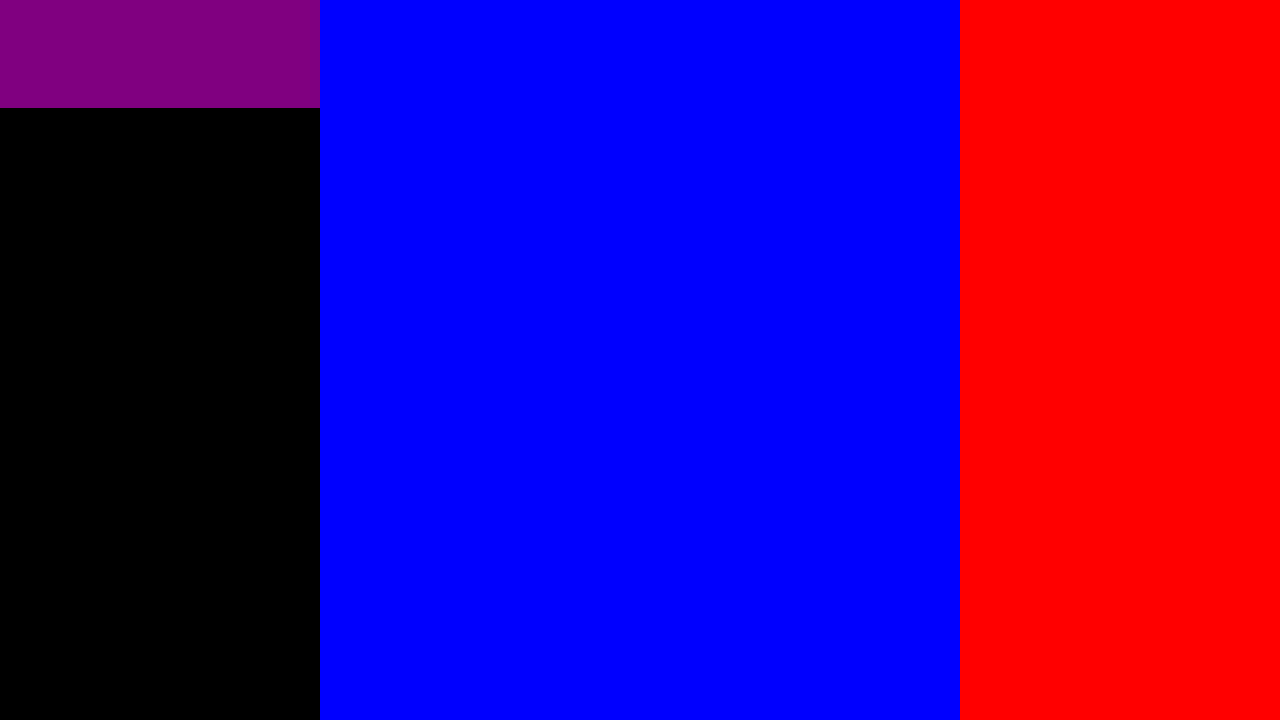
Repository: napan24/classforma_assignment
Page: / (app in client/)
The author's editor kept a copy of each file at every save. The page is drawn from the files as they stood at one save, then again after a run of saves.
The browser window is 1280 px wide. The pictures show the whole page.
The project was rebuilt for these pictures with package versions that can differ from the ones it lists, and the page was loaded fresh each time. Also part of the build but not shown: client/src/App.css.

Above is the page before, as saved 2022-07-19 16:24:17.

### client/src/App.js
import logo from './logo.svg';
import './App.css';
import Home from './Home';

function App() {
  return (
    <>
      <Home></Home>
    </>
  );
}

export default App;

### client/src/Home.js
import React from 'react'

const Home = () => {
  return (
    <>
        <div style={{display:'flex',width:"100vw",height:"100vh",backgroundColor:'red'}}>
            <div style={{width:"25vw",height:"100vh",backgroundColor:"black"}}>
                <div style={{width:"25vw",height:"15vh",backgroundColor:"purple"}}>

                </div>
                <div>

                </div>
            </div>
            <div style={{width:"50vw",height:"100vh",backgroundColor:"blue"}}>

            </div>
            <div style={{width:"25vw",height:"100vh",backgroundColor:"red"}}>

            </div>
        </div>
    </>
  )
}

export default Home

Loaded but not shown: client/public/index.html (common file); client/src/index.js (common file); client/src/index.css (common file); client/src/reportWebVitals.js (common file)

After the next 2 saves:
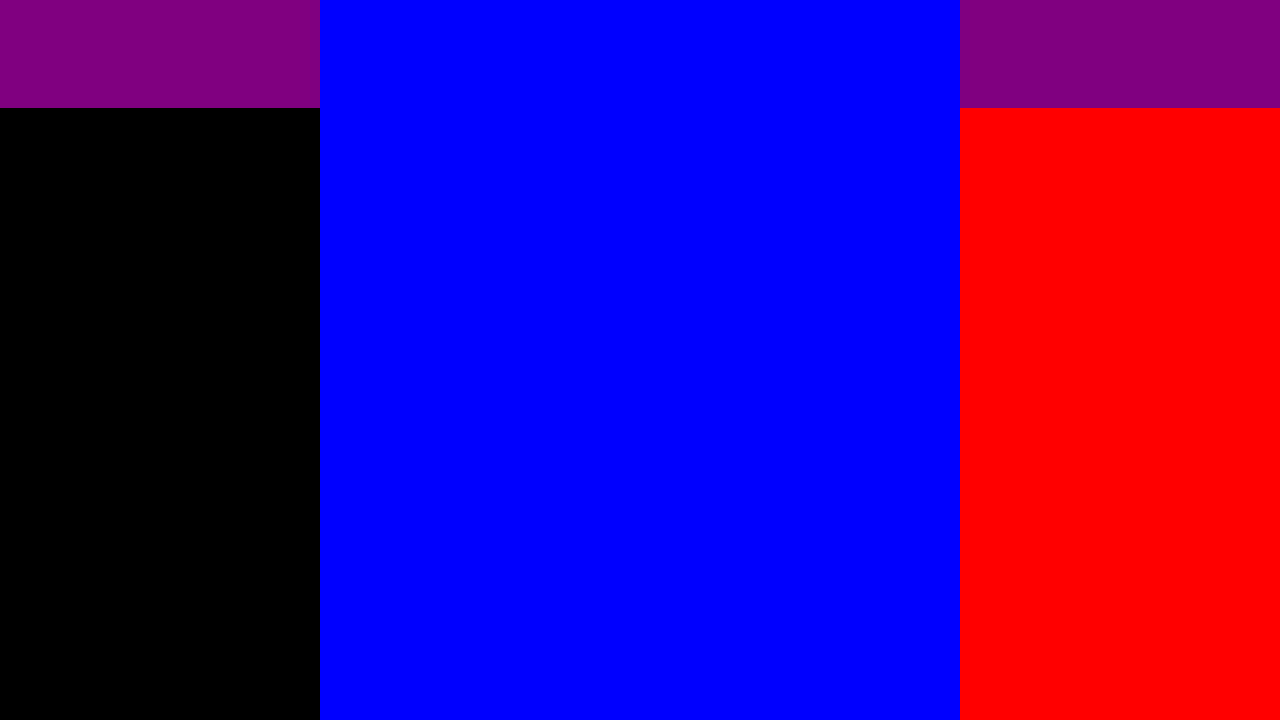
The 2 saves are shown as one change because they came seconds apart.
The last was saved 13 s later.
--- a/client/src/Home.js
+++ b/client/src/Home.js
@@ -1,26 +1,31 @@
 import React from 'react'
 
 const Home = () => {
-  return (
-    <>
-        <div style={{display:'flex',width:"100vw",height:"100vh",backgroundColor:'red'}}>
-            <div style={{width:"25vw",height:"100vh",backgroundColor:"black"}}>
-                <div style={{width:"25vw",height:"15vh",backgroundColor:"purple"}}>
+    return (
+        <>
+            <div style={{ display: 'flex', width: "100vw", height: "100vh", backgroundColor: 'red' }}>
+                <div style={{ width: "25vw", height: "100vh", backgroundColor: "black" }}>
+                    <div style={{ width: "25vw", height: "15vh", backgroundColor: "purple" }}>
+
+                    </div>
+                    <div>
+
+                    </div>
+                </div>
+                <div style={{ width: "50vw", height: "100vh", backgroundColor: "blue" }}>
 
                 </div>
-                <div>
+                <div style={{ width: "25vw", height: "100vh", backgroundColor: "red" }}>
+                    <div style={{ width: "25vw", height: "15vh", backgroundColor: "purple" }}>
 
+                    </div>
+                    <div>
+
+                    </div>
                 </div>
             </div>
-            <div style={{width:"50vw",height:"100vh",backgroundColor:"blue"}}>
-
-            </div>
-            <div style={{width:"25vw",height:"100vh",backgroundColor:"red"}}>
-
-            </div>
-        </div>
-    </>
-  )
+        </>
+    )
 }
 
 export default Home
